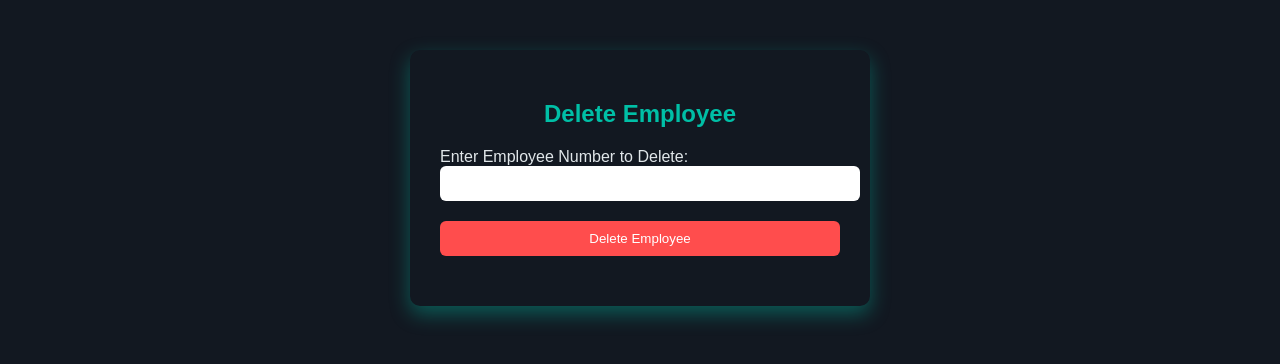
Repository: KUSUMA-74/Advance-JavaProject
Page: http://localhost/EmployeeWebApp/empdelete.jsp
An editor plug-in stored every save of this project. The page is shown before and after the next save, followed by the edit.
The browser window is 1280 px wide. The pictures show the whole page.
The page is served by Tomcat 9.

Above is the page before, as saved 2025-05-30 08:02:39.

After the next save:
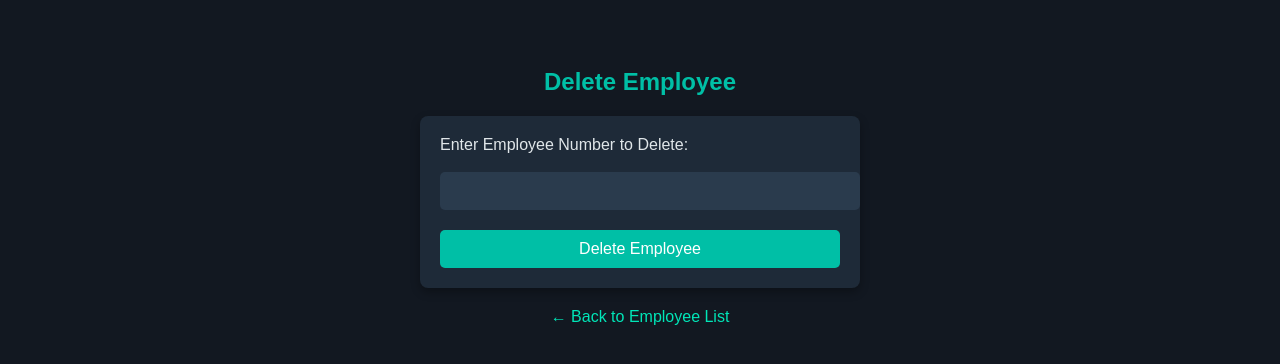
Saved 3 min 13 s later.
--- a/EmployeeWebApp/src/main/webapp/empdelete.jsp
+++ b/EmployeeWebApp/src/main/webapp/empdelete.jsp
@@ -1,63 +1,80 @@
-<%@ page language="java" contentType="text/html; charset=UTF-8" pageEncoding="UTF-8"%>
+<%@ page contentType="text/html;charset=UTF-8" language="java" %>
 <!DOCTYPE html>
 <html>
 <head>
-  <meta charset="UTF-8">
-  <title>Delete Employee</title>
-  <style>
-    body {
-      font-family: Arial, sans-serif;
-      background: #121821;
-      color: #e0e6e9;
-      max-width: 400px;
-      margin: 50px auto;
-      padding: 30px;
-      border-radius: 10px;
-      box-shadow: 0 8px 20px rgba(0, 191, 166, 0.4);
-    }
-    h2 {
-      color: #00bfa6;
-      text-align: center;
-    }
-    form {
-      margin-top: 20px;
-    }
-    input[type="number"] {
-      width: 100%;
-      padding: 10px;
-      border-radius: 6px;
-      border: none;
-    }
-    input[type="submit"] {
-      margin-top: 20px;
-      width: 100%;
-      padding: 10px;
-      background: #ff4d4d;
-      color: white;
-      border: none;
-      border-radius: 6px;
-      cursor: pointer;
-    }
-    input[type="submit"]:hover {
-      background: #cc0000;
-    }
-    .msg {
-      color: yellow;
-      text-align: center;
-      margin-top: 20px;
-    }
-  </style>
+    <title>Delete Employee</title>
+    <style>
+        body {
+            background-color: #121821;
+            font-family: Arial, sans-serif;
+            color: #e0e6e9;
+            display: flex;
+            flex-direction: column;
+            align-items: center;
+            padding: 40px;
+        }
+        h2 {
+            color: #00bfa6;
+        }
+        form {
+            background-color: #1e2a38;
+            padding: 20px;
+            border-radius: 8px;
+            width: 400px;
+            box-shadow: 0 4px 10px rgba(0,0,0,0.3);
+        }
+        label {
+            display: block;
+            margin-bottom: 8px;
+            font-size: 16px;
+        }
+        input[type="number"], input[type="submit"] {
+            width: 100%;
+            padding: 10px;
+            margin-top: 10px;
+            border: none;
+            border-radius: 5px;
+            font-size: 16px;
+        }
+        input[type="number"] {
+            background-color: #2a3b4d;
+            color: #e0e6e9;
+        }
+        input[type="submit"] {
+            background-color: #00bfa6;
+            color: white;
+            cursor: pointer;
+            margin-top: 20px;
+        }
+        a {
+            margin-top: 20px;
+            display: inline-block;
+            color: #00e6b8;
+            text-decoration: none;
+        }
+        p {
+            margin-top: 20px;
+            font-size: 16px;
+        }
+    </style>
 </head>
 <body>
-  <h2>Delete Employee</h2>
-  <form action="DeleteEmployeeServlet" method="post">
-    <label>Enter Employee Number to Delete:</label>
-    <input type="number" name="empno" required />
-    <input type="submit" value="Delete Employee" />
-  </form>
+    <h2>Delete Employee</h2>
 
-  <div class="msg">
-    <%= request.getAttribute("message") != null ? request.getAttribute("message") : "" %>
-  </div>
+    <form action="DeleteEmployeeServlet" method="get">
+        <label>Enter Employee Number to Delete:</label>
+        <input type="number" name="empno" required />
+        <input type="submit" value="Delete Employee" />
+    </form>
+
+    <a href="empdisplay.jsp">← Back to Employee List</a>
+
+    <% String message = request.getParameter("message");
+       String error = request.getParameter("error");
+       if (message != null) { %>
+         <p style="color: #00e676;"><%= message %></p>
+    <% } else if (error != null) { %>
+         <p style="color: #ff5252;"><%= error %></p>
+    <% } %>
 </body>
 </html>
